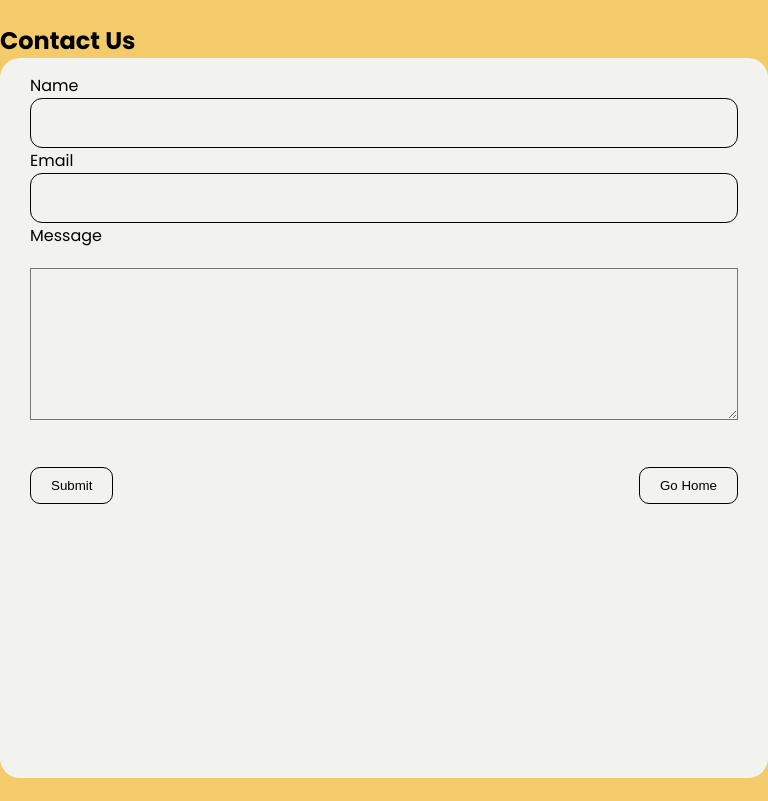
Repository: ble-syn/Random-user-generator-app
Page: /contact
These files come from the project's save history. The page is drawn as it stood at one moment and after the next save; the edit follows.
The browser window is 768 px wide. The pictures show the whole page.
The project was rebuilt for these pictures with package versions that can differ from the ones it lists, and the page was loaded fresh each time. Also part of the build but not shown: src/components/Navbar.jsx, src/components/pagination.jsx, src/components/User.jsx, src/pages/Home.jsx, src/components/ErrorFallback.jsx, src/pages/About.jsx, src/pages/Vision.jsx, src/pages/Mission.jsx and 1 more.

Above is the page before, as saved 2022-10-28 19:55:24.

### src/index.css
@import url("https://fonts.googleapis.com/css2?family=Poppins:ital,wght@0,200;0,300;0,400;0,500;0,600;0,700;1,400&display=swap");
*{
  margin: 0;
  padding: 0;
  box-sizing: border-box;
}
a {
  text-decoration: none;
  color: #000;
}
ul{
  list-style: none;
}
body {
  background-color: #F4CB6B;
  font-family: "Poppins", sans-serif;
}
button {
  margin: 20px 0;
  padding:10px 20px;
  background: none;
  border-radius: 10px;
  border: 1px solid black;
}

.container {
  width: 100%;
  max-width: 1300px;
  margin: 3% auto;

}

nav {
  display: flex;
  justify-content: first baseline;
  margin-bottom: 100px;
}
.logo{
  margin-right: 5px;
}
.menu {
  margin: 0 20px;
}

.home-container{
  display: flex;
  align-items: center;
}
/* LEFT STYLES */
#left {
  flex: 5;
}
#left h1 {
  font-size: 3rem;
  font-weight: 700;
  margin-bottom: 20px;
}
#left p {
  font-size: 1.2rem;
  margin-bottom: 20px;
}
.search-input {
  width: 80%;
  background-color: #dadada;
  border-radius: 12px;
  border: none;
  display: flex;
  place-items: center;
  padding-left: 15px;
  margin: 50px 0;
}
.search-input input{
  border: none;
}
input {
  border: 1px solid black;
  border-radius: 12px;
  background-color: inherit;
  width: 100%;
  height: 50px;
  padding-left: 5px;
  font-size: 20px;
}
input:focus {
  outline: none;
}
input::placeholder {
  color: #171717;
}
.user-link-cont {
  margin-top: 70px;
}
.user-link{
  margin-right: 80px;
  padding: 30px;
  border-radius: 10px;
  color: #FFF;
  cursor: pointer;
  border: none;
  box-shadow: 0px 2px 5px  rgba(0, 0, 0, 0.5);
}
.all-user {
  background-color: #BF9679;
}
.f-user{
  background-color: #F97661;
}
.m-user{
background-color: #8DCC50;
}

#right{
  height: 90vh;
  flex: 5;
  margin-left: 20px;
  background-color: #F2F2EF;
  border-radius: 20px;
  padding: 15px 30px;

}

.usercard {
  background-color: #F2F2EF;
  border-radius: 20px;
  display: flex;
  justify-content: space-between;
  align-items: center;
  padding: 20px;
  margin: 20px 0;
  box-shadow: 0px 2px 5px rgba(0, 0, 0, 0.5);
}

.usercard img {
 border: 5px solid #BF9679;;
  border-radius: 50%;
  margin: 5px 0;
}

.pagination {
  display: flex;
  justify-content: center;
  align-items: center;
  gap: 12px;
  margin: 20px 0;
}

.pagination-num {
  display: flex;
  justify-content: center;
  align-items: center;
  gap: 12px;
}

.pagination-child,
.prev,
.next {
  opacity: 1;
  border: 1px solid #000;
  padding: 8px 16px;
  cursor: pointer;
  border-radius: 10px;
  transition: all 0.3s ease;
}

.pagination-child:hover,
.prev:hover,
.next:hover {
  transform: scale(1.1);
}

.disabled {
  opacity: 0.5;
  cursor: not-allowed;
}
.notfound {
  display: flex;
  flex-direction: column;
  justify-content: center;
  align-items: center;
  height: 70vh;
  font-size: 2rem;
  font-weight: 700;
}
.notfound img{
  height: 200px;
}


textarea {
  width: 100%;
  margin: 20px 0;
  background: none;
}
.c-btn {
  display: flex;
  justify-content: space-between;
}
@media (max-width: 768px){
  .home-container{
    display: block;
  }
  #right{

    flex: 5;
    margin-left: 0;

    padding: 15px 30px;

  }
  .usercard {
    flex-wrap: wrap;
    padding: 10px;

  }
}

### src/App.js
import { BrowserRouter as Router, Routes, Route, Navigate} from "react-router-dom";
import Navbar from "./components/Navbar";
import Home from "./pages/Home";
import About from "./pages/About";
import Policy from "./pages/Vision";
import Terms from "./pages/Mission";
import Contact from "./pages/Contact";
import NotFound from "./pages/NotFound";
import Mission from "./pages/Mission";
import Vision from "./pages/Vision";

function App() {
  return (
    <div className="container">
      <Router>
        <Routes>
          <Route path="/" element={<Home />} />
          <Route path="/about" element={<About />}>
            <Route path="mission" element={<Mission />} />
            <Route path="vision" element={<Vision />} />
          </Route>
          <Route path="/contact" element={<Contact />} />
          <Route path="/not-found" element={<NotFound />} />
          <Route path="*" element={<Navigate to="/not-found" />} />
        </Routes>
      </Router>

    </div>
  );
}

export default App;

### src/pages/Contact.jsx
import React from "react";
import {useNavigate} from "react-router-dom";

function Contact() {
  const navigate = useNavigate()
  const  goHome =(event) =>{
    event.preventDefault()
    navigate("/")
}
  return (
    <div className="home-container">
      <div id="left">
        <h2>Contact Us</h2>
      </div>

      <div id="right">
       <form>
          <label htmlFor="name">Name</label>
          <input type="text" name="name" id="name" />
          <label htmlFor="email">Email</label>
          <input type="email" name="email" id="email" />
          <label htmlFor="message">Message</label>
          <textarea name="message" id="message" cols="30" rows="10"></textarea>
          <div className="c-btn">
            <button type="submit">Submit</button>
            <button onClick={goHome}>Go Home</button>
          </div>

       </form>

      </div>
    </div>
  );
}

export default Contact;

Loaded but not shown: public/index.html (common file); src/index.js (common file); src/reportWebVitals.js (common file)

After the next save:
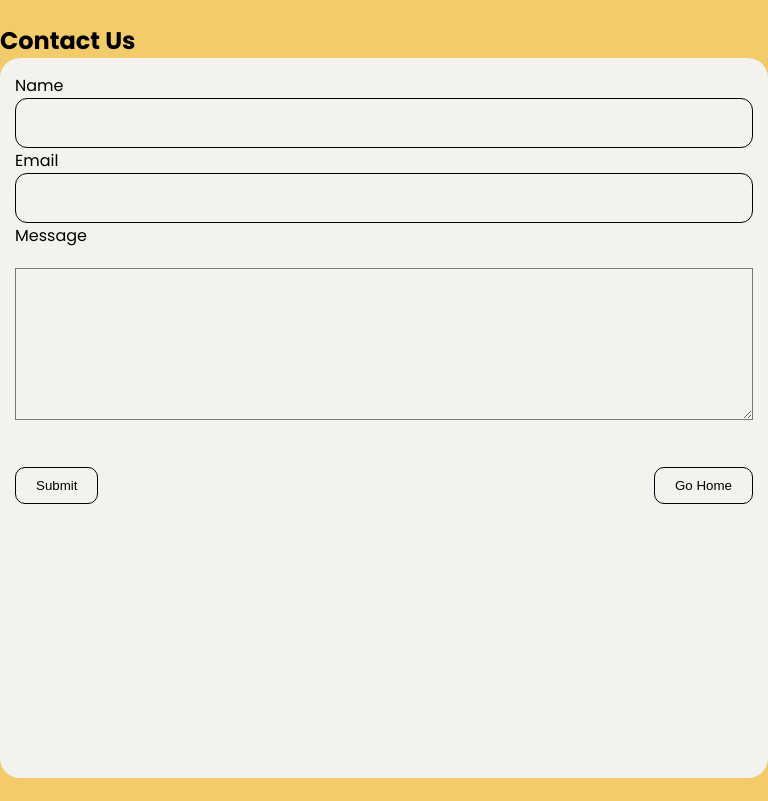
Saved 23 s later.
--- a/src/index.css
+++ b/src/index.css
@@ -201,10 +201,9 @@ textarea {
   }
   #right{
 
-    flex: 5;
     margin-left: 0;
 
-    padding: 15px 30px;
+    padding: 15px;
 
   }
   .usercard {
